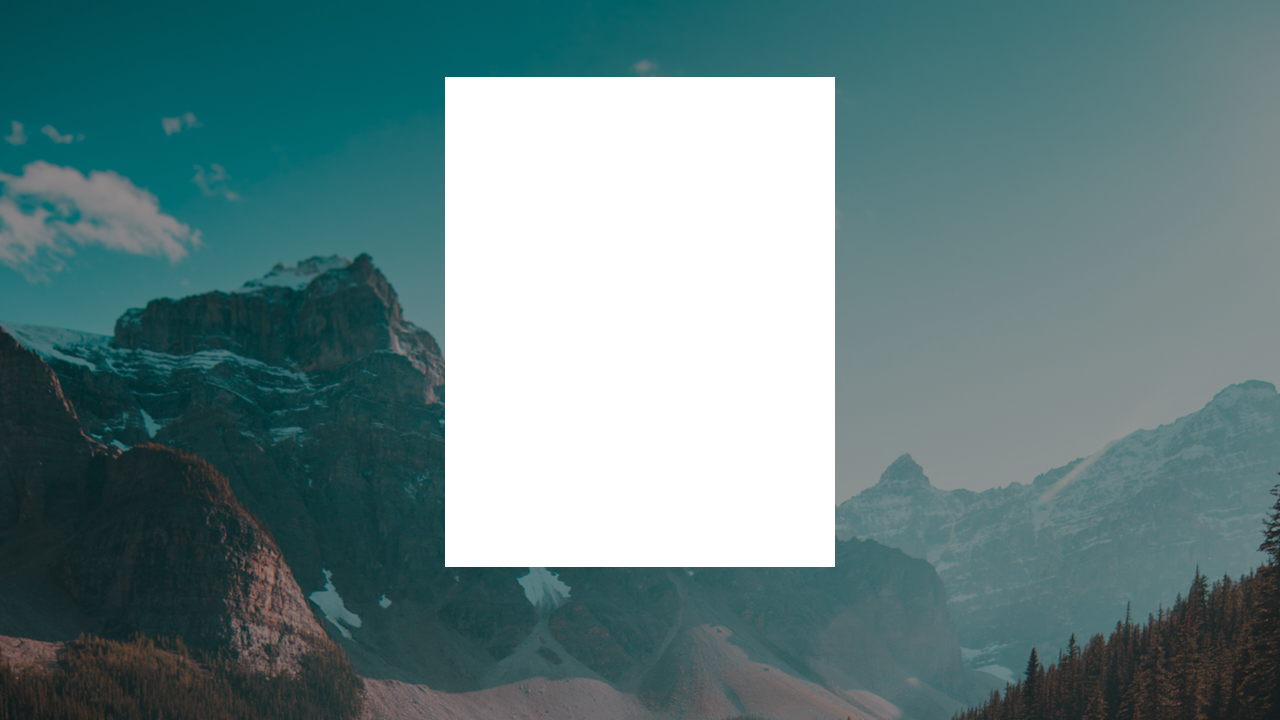
Repository: dung8466/Sign_in_page
Page: index.html
An editor plug-in stored every save of this project. The page is shown before and after the next save, followed by the edit.
The browser window is 1280 px wide. The pictures show the whole page.

Above is the page before, as saved 2021-10-06 22:19:15.

After the next save:
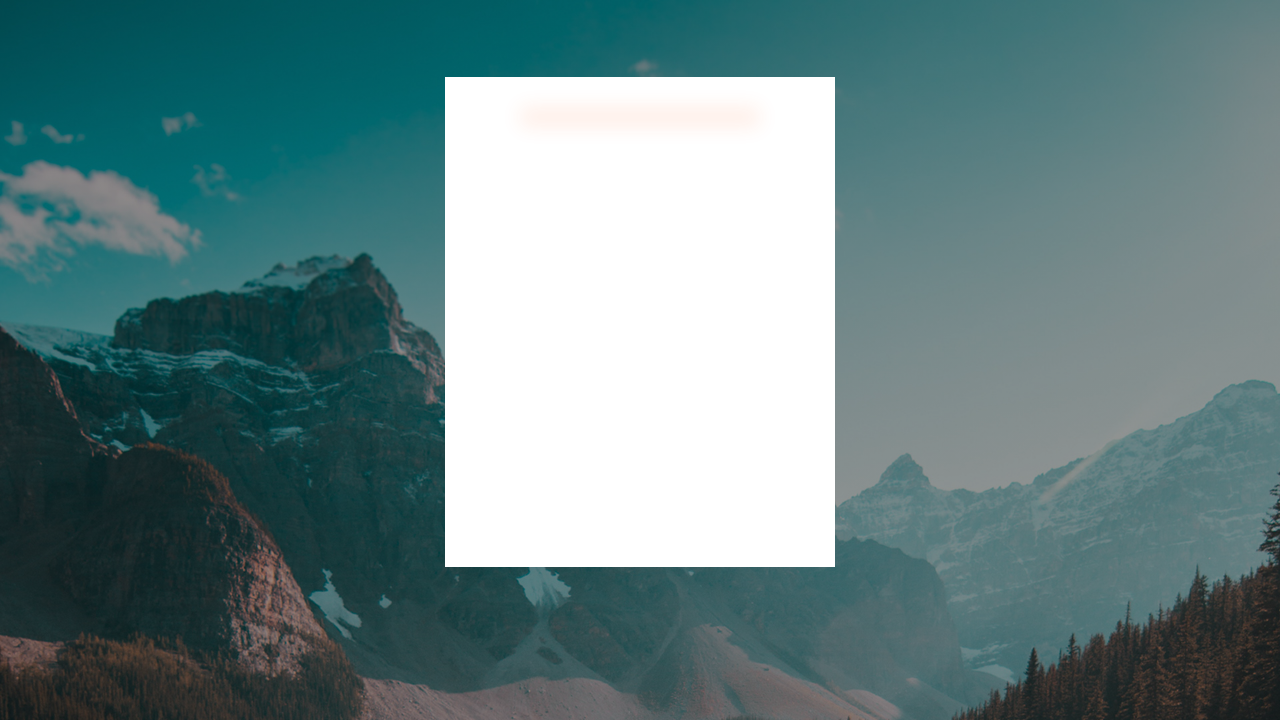
Saved 1 s later.
--- a/index.html
+++ b/index.html
@@ -11,7 +11,9 @@
 <body>
     <div class="main-pg">
         <div class="sign-in-form">
+            <div class="button-box">
 
+            </div>
         </div>
     </div>
 </body>
